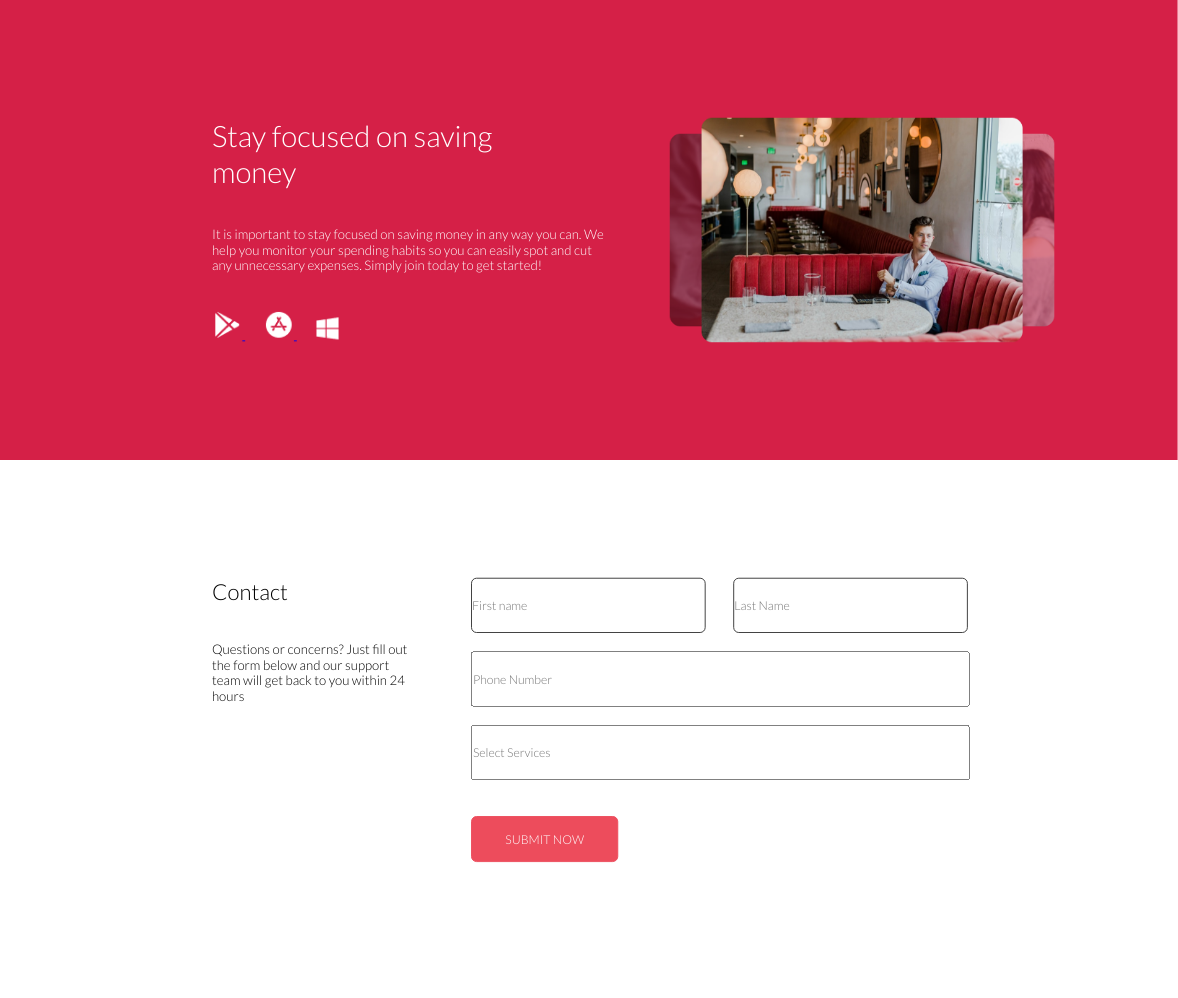
Repository: batonAnton/Cursor_lecture4
Page: index.html
An editor plug-in stored every save of this project. The page is shown before and after the next save, followed by the edit.
The browser window is 1280 px wide. The pictures show the whole page, at 92% of full size.

Above is the page before, as saved 2022-06-09 14:32:54.

### index.html
<!DOCTYPE html>
<html lang="en">
<head>
    <meta charset="UTF-8">
    <meta http-equiv="X-UA-Compatible" content="IE=edge">
    <meta name="viewport" content="width=device-width, initial-scale=1.0">
    <title>CloudBudget Freebie</title>
    <link rel="preconnect" href="https://fonts.googleapis.com">
    <link rel="preconnect" href="https://fonts.gstatic.com" crossorigin>
    <link href="https://fonts.googleapis.com/css2?family=Lato:wght@300&display=swap" rel="stylesheet">
    <link rel="stylesheet" href="css/style.css">
</head>
<body>
    <header>
        <div class="info-box">
            <h1>Stay focused on saving <br> money</h1>
            <p>It is important to stay focused on saving money in any way you can. We <br> help you monitor your spending habits so you can easily spot and cut <br> any unnecessary expenses. Simply join today to get started!</p>

            <div class="link_source">
                <a href="https://play.google.com/store/games?hl=uk&gl=US">
                    <img src="/image/icon/google_play.png" alt="icon-google">
                </a>
                <a href="https://www.apple.com/ua/app-store/">
                    <img src="/image/icon/apstore.png" alt="icon-apstore">
                </a>
                <a href="https://www.microsoft.com/uk-ua/software-download/windows10">
                    <img src="/image/icon/windows.png" alt="icon-windows">
                </a>
            </div>
        </div>

        <div class="big_img"></div>
    </header>

    <section>
        <div class="info-box">
            <h1>Contact</h1>
            <p>Questions or concerns? Just fill out the form below and our support <br> team will get back to you within 24 hours</p>
        </div>

        <div class="input-fields">
            <form>
                <div>
                    <input type="text" id="fname" placeholder="First name" name="fname">
                    <input type="text" id="lname" placeholder="Last Name" name="lname">
                </div>

                <input type="number" name="" id="number" placeholder="Phone Number">
                <input list="browsers" id="dropdown" placeholder="Select Services" name="service"> <br>
                <datalist id="browsers">
                    <option value="Service1">
                    <option value="Service2">
                    <option value="Service3">
                    <option value="Service4">
                    <option value="Service5">
                </datalist>
                <button>submit now</button>
              </form>
        </div>
    </section>
</body>
</html>

### css/style.css
* {
  font-family: "Lato", sans-serif;
  font-weight: 400;
  margin: 0;
  padding: 0;
  box-sizing: border-box;
}

header {
  width: 100%;
  height: 20%;
  padding: 10%;
  color: #ffffff;
  display: inline-flex;
  background-color: #d52047;
}

.info-box {
  width: 80%;
  margin-left: 10%;
}

.info-box p {
  width: 90%;
  margin: 40px 0;
  font-size: 0.9rem;
}

.link_source a {
  margin-left: -19px;
  padding: 0 20px;
}

.big_img {
  background-image: url("/image/Photo.png");
  width: 70%;
  background-repeat: no-repeat;
  background-position: center;
  background-size: contain;
}

/* Section */
section {
  color: #000000;
  display: inline-flex;
  padding: 10%;
  width: 100%;
}

section .info-box {
  width: 80%;
}

#fname,
#lname {
  width: 255px;
  height: 60px;
  border: 1px solid #333333;
  border-radius: 6px;
}

#dropdown,
#number {
  display: block;
}

.input-fields input {
  width: 95%;
  height: 60px;
}

form div {
  display: inline-flex;
}
form input,
button {
  margin-left: 30px;
  margin-bottom: 20px;
  /* margin: 0px 0px 30px 10px; */
}

:placeholder {
  margin-left: 31px;
}

.input-fields {
  margin-right: 100px;
}

button {
  background-color: #ed4c5c;
  color: #ffffff;
  width: 160px;
  height: 50px;
  border: 1.5px solid #ed4c5c;
  border-radius: 6px;
  text-transform: uppercase;
}

After the next save:
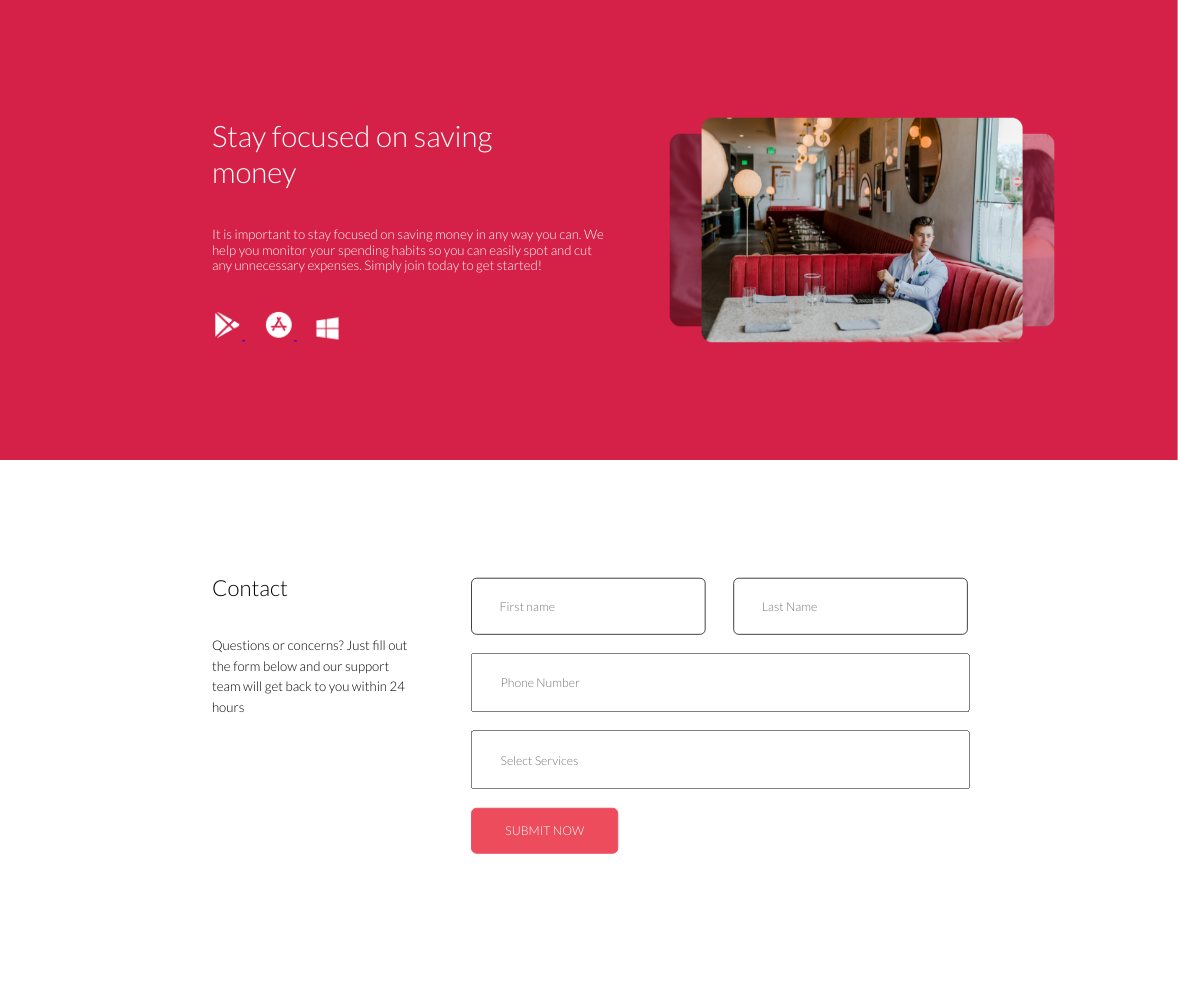
Saved 5 min 57 s later.
--- a/css/style.css
+++ b/css/style.css
@@ -49,6 +49,9 @@ section {
 
 section .info-box {
   width: 80%;
+  color:
+  #000000;
+  line-height: 140%;
 }
 
 #fname,
@@ -59,14 +62,12 @@ section .info-box {
   border-radius: 6px;
 }
 
-#dropdown,
-#number {
-  display: block;
-}
+
 
 .input-fields input {
   width: 95%;
   height: 60px;
+  padding: 30px;
 }
 
 form div {
@@ -79,9 +80,6 @@ button {
   /* margin: 0px 0px 30px 10px; */
 }
 
-:placeholder {
-  margin-left: 31px;
-}
 
 .input-fields {
   margin-right: 100px;
